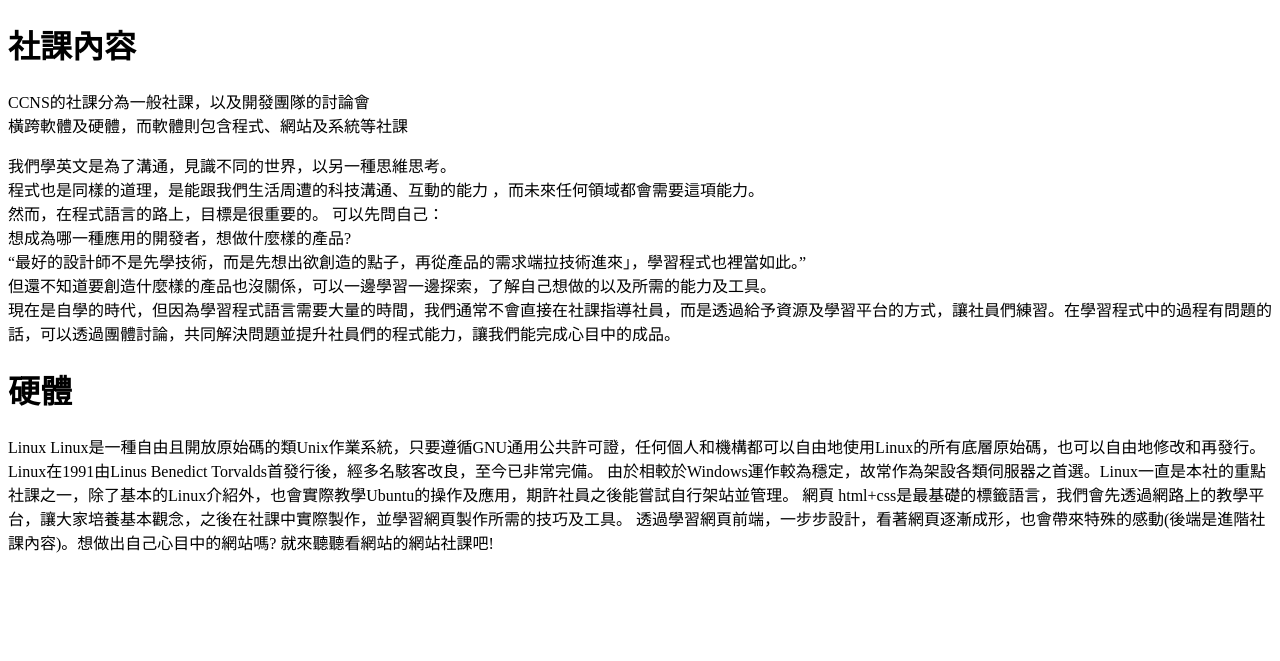
Repository: ccns/ccns_website
Page: classes.html
The author's editor kept a record of every edit. The page is drawn from the files as they stood at one moment, then again after the next edit.
The browser window is 1280 px wide. The pictures show the whole page.

Above is the page before.

### classes.html
<!DOCTYPE html>
<html>
<head>
	<div id="DivClubClassContent">
		<h1>社課內容</h1>
		<p>CCNS的社課分為一般社課，以及開發團隊的討論會
		<br>橫跨軟體及硬體，而軟體則包含程式、網站及系統等社課</p>

		<h1程式></h1>
		<p>我們學英文是為了溝通，見識不同的世界，以另一種思維思考。
		<br>程式也是同樣的道理，是能跟我們生活周遭的科技溝通、互動的能力 ，而未來任何領域都會需要這項能力。
		<br>然而，在程式語言的路上，目標是很重要的。 可以先問自己：
		<br>想成為哪一種應用的開發者，想做什麼樣的產品?
		<br>“最好的設計師不是先學技術，而是先想出欲創造的點子，再從產品的需求端拉技術進來」，學習程式也裡當如此。”
		<br>但還不知道要創造什麼樣的產品也沒關係，可以一邊學習一邊探索，了解自己想做的以及所需的能力及工具。
		<br>現在是自學的時代，但因為學習程式語言需要大量的時間，我們通常不會直接在社課指導社員，而是透過給予資源及學習平台的方式，讓社員們練習。在學習程式中的過程有問題的話，可以透過團體討論，共同解決問題並提升社員們的程式能力，讓我們能完成心目中的成品。
		</p>

		<h1>硬體</h1>
		<p></p>

		<h1></h1>
		<p></p>

		<h1></h1>
		<p></p>

		<h1></h1>
		<p></p>






Linux
Linux是一種自由且開放原始碼的類Unix作業系統，只要遵循GNU通用公共許可證，任何個人和機構都可以自由地使用Linux的所有底層原始碼，也可以自由地修改和再發行。Linux在1991由Linus Benedict Torvalds首發行後，經多名駭客改良，至今已非常完備。
由於相較於Windows運作較為穩定，故常作為架設各類伺服器之首選。Linux一直是本社的重點社課之一，除了基本的Linux介紹外，也會實際教學Ubuntu的操作及應用，期許社員之後能嘗試自行架站並管理。


網頁

html+css是最基礎的標籤語言，我們會先透過網路上的教學平台，讓大家培養基本觀念，之後在社課中實際製作，並學習網頁製作所需的技巧及工具。  透過學習網頁前端，一步步設計，看著網頁逐漸成形，也會帶來特殊的感動(後端是進階社課內容)。想做出自己心目中的網站嗎? 就來聽聽看網站的網站社課吧!

	</div>

</head>
<body>
</body>
</html>

After the next edit:
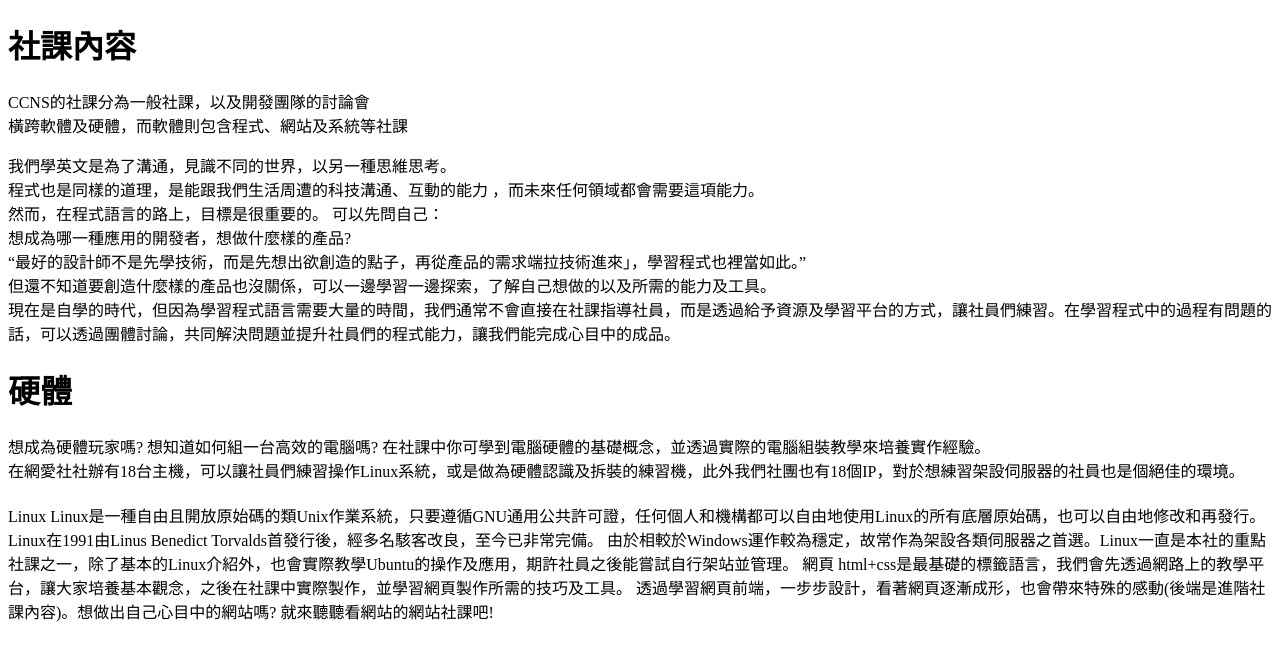
The edit:
--- a/classes.html
+++ b/classes.html
@@ -20,7 +20,9 @@
 		<p></p>
 
 		<h1></h1>
-		<p></p>
+		<p>想成為硬體玩家嗎?  想知道如何組一台高效的電腦嗎?  在社課中你可學到電腦硬體的基礎概念，並透過實際的電腦組裝教學來培養實作經驗。
+		<br>在網愛社社辦有18台主機，可以讓社員們練習操作Linux系統，或是做為硬體認識及拆裝的練習機，此外我們社團也有18個IP，對於想練習架設伺服器的社員也是個絕佳的環境。
+		</p>
 
 		<h1></h1>
 		<p></p>
